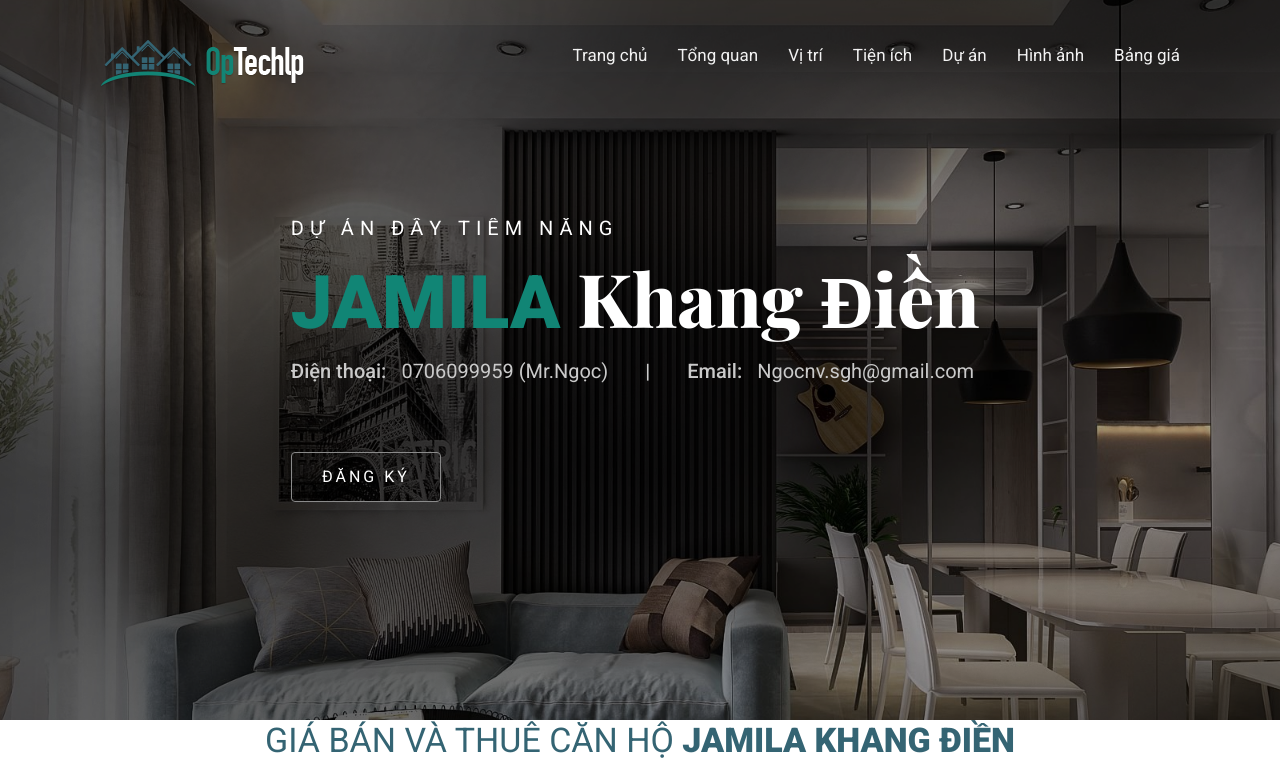
Repository: phunobi1807/Myweb
Page: index.html
The author's editor kept a copy of each file at every save. The page is drawn from the files as they stood at one save, then again after the next save.
The browser window is 1280 px wide. The pictures show the whole page.
Some web fonts or font styles are not loaded; a fallback is used.

Above is the page before, as saved 2021-05-14 11:15:53.

After the next save:
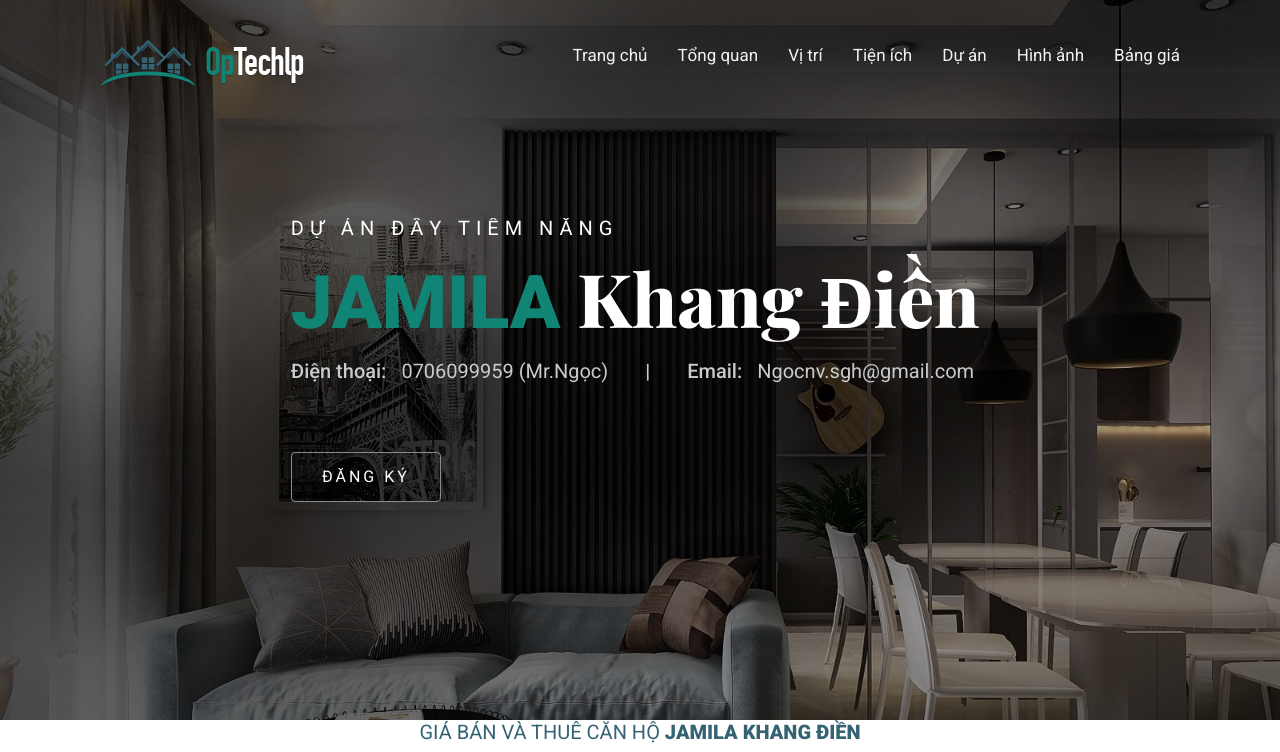
Saved 14 s later.
--- a/css/style.css
+++ b/css/style.css
@@ -155,7 +155,7 @@
     /* giá bán căn hộ trong bảng  */
 
     .price-apartment h1 {
-        font-size: 34px;
+        font-size: 20px;
         text-transform: uppercase;
         font-weight: 400;
         color: #346473;
